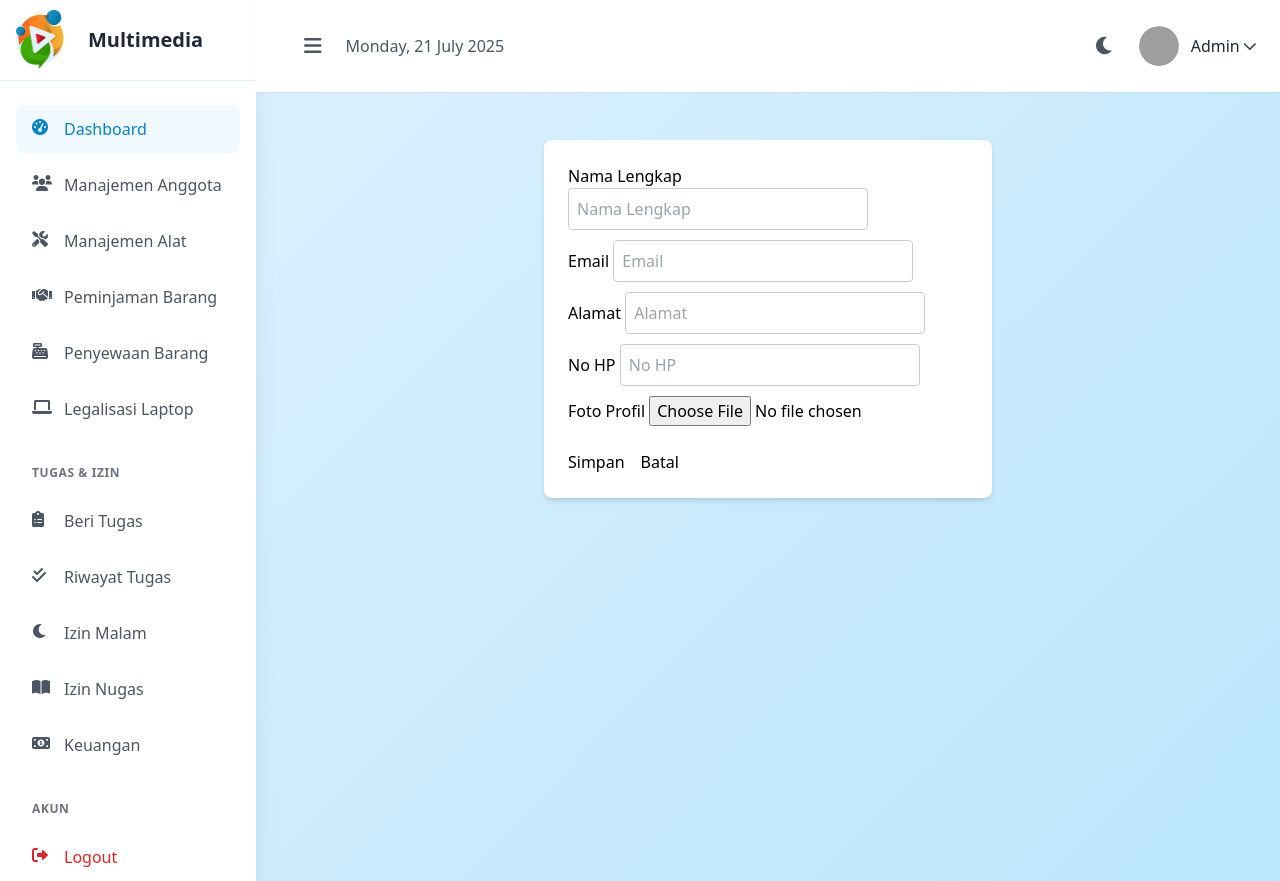
Repository: fatkquladhim/multimedia_app
Page: http://localhost/admin/profile/profile_create.php?action=create
The author's editor kept a copy of each file at every save. The page is drawn from the files as they stood at one save, then again after the next save.
The browser window is 1280 px wide. The pictures show the whole page.
Pictures or frames that could not be fetched are drawn as grey boxes. Some web libraries are served in a nearby version. The page is run by PHP 8.4 with error messages shown; the project is at /var/www/html/. The session is filled in as if someone had signed in: {"user_id": 2, "username": "asep", "role": "admin"}. The database holds what the project's SQL file puts in it.

Above is the page before, as saved 2025-07-21 21:47:42.
Console error: TypeError: Cannot read properties of null (reading 'value')

After the next save:
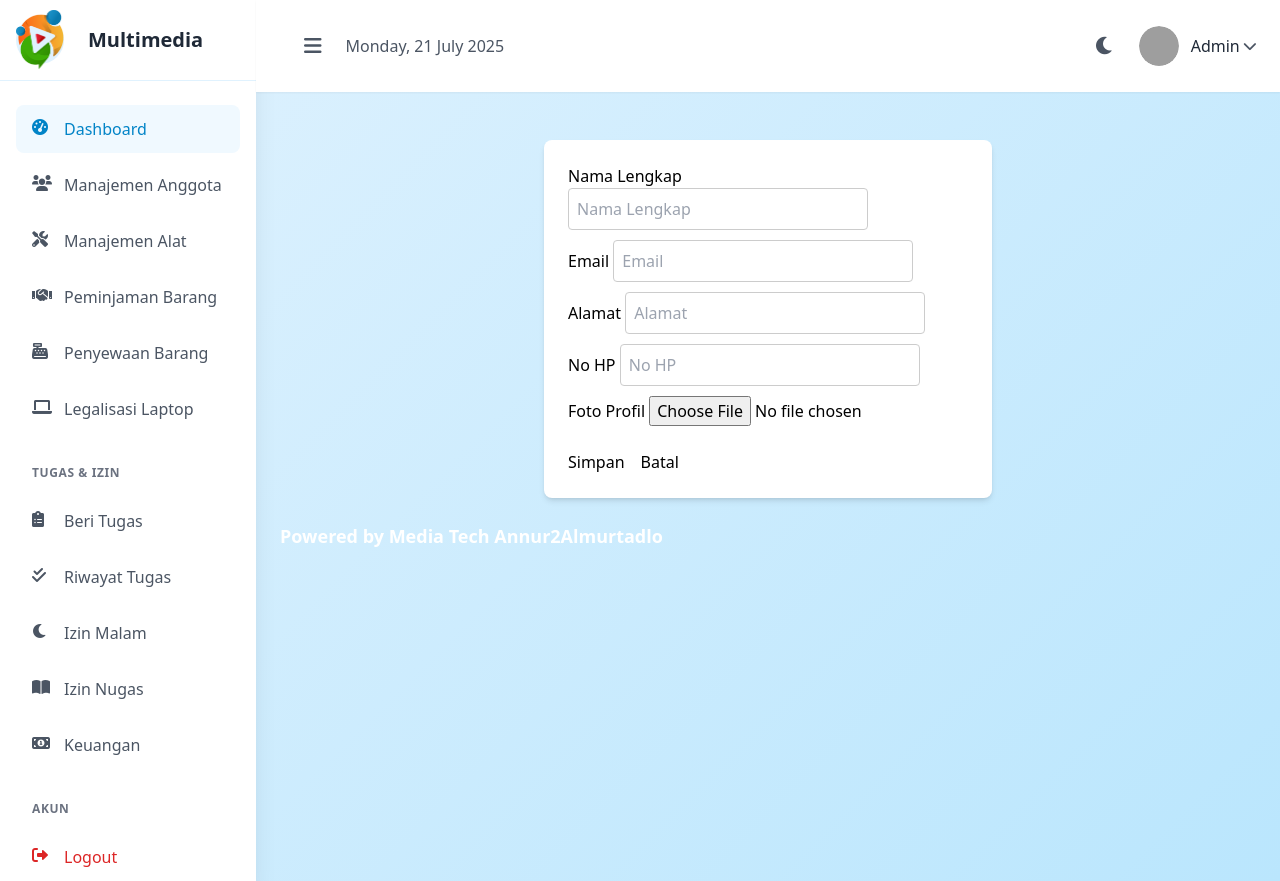
Saved 18 s later.
--- a/admin/footer.php
+++ b/admin/footer.php
@@ -1,5 +1,10 @@
 
                 </main>
+                <footer>
+                    <p class="text-white font-bold text-lg">
+                        Powered by <span class="gradient-text">Media Tech Annur2Almurtadlo</span>
+                    </p>
+                </footer>
             </div>
         </div>
         <script>
